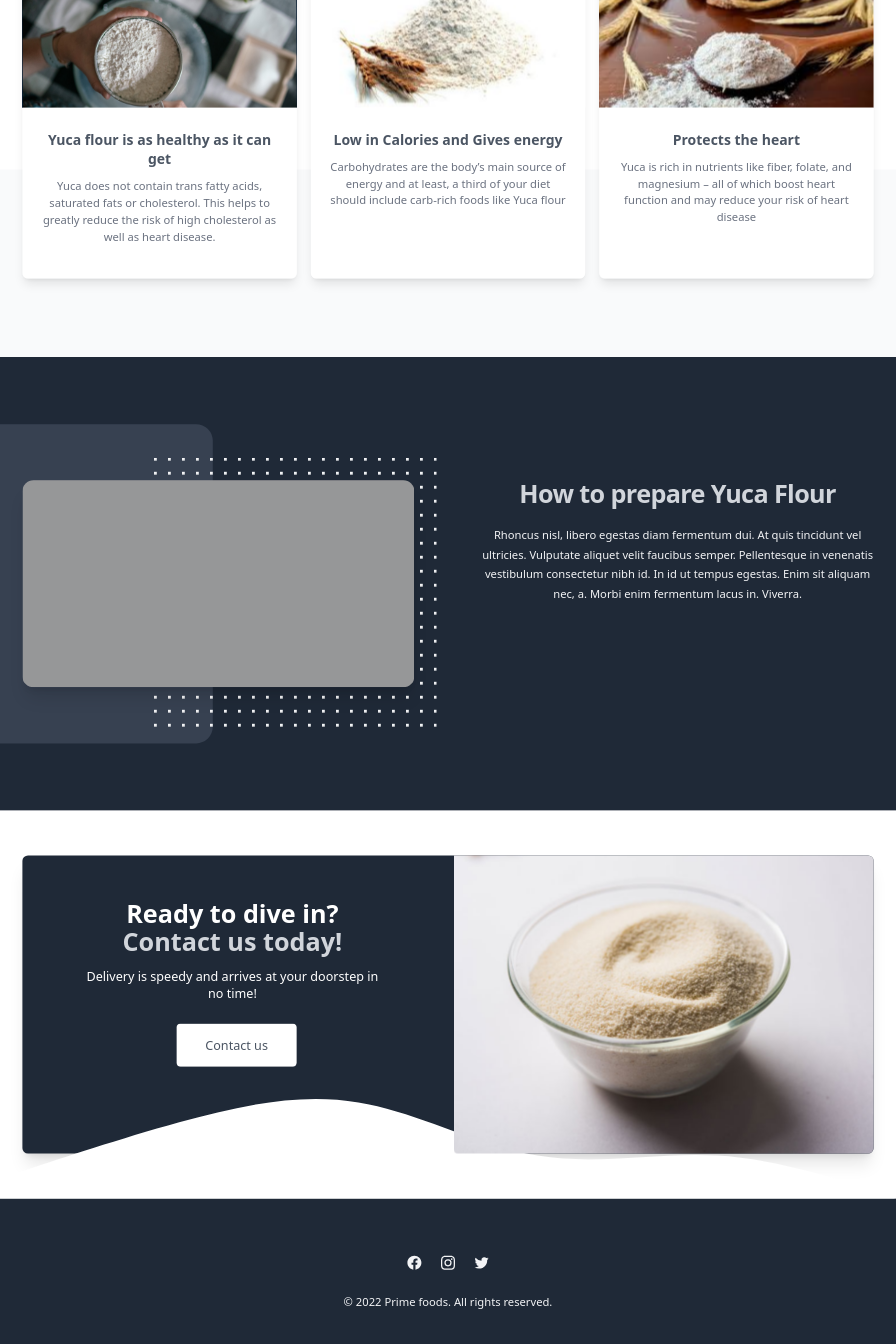
Repository: bellatrick/prime-foods
Page: /
These files come from the project's save history. The page is drawn as it stood at one moment and after the next save; the edit follows.
The browser window is 1280 px wide. The pictures show the part of the page from y = 1040 to 2960 px (the page is 2960 px tall before and 2760 px after), at 70% of full size.
Pictures or frames that could not be fetched are drawn as grey boxes. Some web fonts or font styles are not loaded; a fallback is used. The project was rebuilt for these pictures with package versions that can differ from the ones it lists, and the page was loaded fresh each time.

Above is the page before, as saved 2022-05-01 12:40:23.

### public/index.html
<!DOCTYPE html>
<html lang="en">
  <head>
    <meta charset="utf-8" />
    <link rel="icon" href="%PUBLIC_URL%/favicon.ico" />
    <meta name="viewport" content="width=device-width, initial-scale=1" />
    <meta name="theme-color" content="#000000" />
    <meta
      name="description"
      content="Web site created using create-react-app"
    />
    <link rel="apple-touch-icon" href="%PUBLIC_URL%/logo192.png" />
    <link rel="preconnect" href="https://fonts.googleapis.com" />
    <link rel="preconnect" href="https://fonts.gstatic.com" crossorigin />
    <link
      href="https://fonts.googleapis.com/css2?family=Dancing+Script:wght@400;500;600;700&family=Inter:wght@100;200;300;400;500;700;900&family=Kavoon&display=swap"
      rel="stylesheet"
    />
    <!--
      manifest.json provides metadata used when your web app is installed on a
      user's mobile device or desktop. See https://developers.google.com/web/fundamentals/web-app-manifest/
    -->
    <link rel="manifest" href="%PUBLIC_URL%/manifest.json" />
    <!--
      Notice the use of %PUBLIC_URL% in the tags above.
      It will be replaced with the URL of the `public` folder during the build.
      Only files inside the `public` folder can be referenced from the HTML.

      Unlike "/favicon.ico" or "favicon.ico", "%PUBLIC_URL%/favicon.ico" will
      work correctly both with client-side routing and a non-root public URL.
      Learn how to configure a non-root public URL by running `npm run build`.
    -->
    <title>React App</title>
  </head>
  <body>
    <noscript>You need to enable JavaScript to run this app.</noscript>
    <div id="root"></div>
    <!--
      This HTML file is a template.
      If you open it directly in the browser, you will see an empty page.

      You can add webfonts, meta tags, or analytics to this file.
      The build step will place the bundled scripts into the <body> tag.

      To begin the development, run `npm start` or `yarn start`.
      To create a production bundle, use `npm run build` or `yarn build`.
    -->
  </body>
</html>

### src/components/Hero.jsx
import { Popover } from "@headlessui/react";
import img1 from "../assets/img7.jpg";
import logo from "../assets/prime.jpg";
import Fade from "react-reveal/Fade";

export default function Example() {
  return (
    <div className="relative bg-gray-800">
      <Popover className="relative bg-white shadow">
        <div className="max-w-7xl mx-auto px-4 sm:px-6">
          <div className="flex justify-between items-center py-6  md:space-x-10">
            <div className="flex justify-start lg:w-0 lg:flex-1">
              <img
                src={logo}
                alt=""
                className="h-12 w-auto sm:h-12 object-fill"
              />
            </div>
            <div className="flex gap-8 text-white font-bold cursor-pointer  ">
              <a
                className="hover:bg-gray-400 hover:text-white w-32 py-2 text-white bg-gray-800 rounded-md"
                href="#About"
              >
                About{" "}
              </a>
              <a
                className="hover:bg-gray-400 hover:text-white w-32 py-2 text-white bg-gray-800 rounded-md"
                href="#contact-us"
              >
                Contact us
              </a>
            </div>
          </div>
        </div>
      </Popover>

      <main className="lg:relative">
        <div className="mx-auto max-w-7xl w-full pt-16 pb-20 text-center lg:py-48 lg:text-left">
          <div className="px-4 lg:w-1/2 sm:px-8 xl:pr-16">
            <Fade left opposite>
              <h1 className="text-4xl tracking-tight font-extrabold text-white sm:text-5xl md:text-6xl lg:text-5xl xl:text-6xl">
                <span className="block xl:inline">Yuca Flour</span>{" "}
              </h1>
            </Fade>
            <Fade right opposite>
              <p className="mt-3 max-w-md mx-auto text-lg text-gray-100 sm:text-xl md:mt-5 md:max-w-3xl">
                Yuca flour is a product of cassava. It is nutrient dense and
                provides all the nourishment your body needs to be fortified.
              </p>
            </Fade>

            <div className="mt-10 flex justify-center lg:justify-start">
              <div className="mt-3 sm:mt-0 sm:ml-3">
                <a
                  href="#About"
                  className="w-72 z-10 flex items-center justify-center px-8 py-2 border border-transparent text-base font-medium rounded-md hover:bg-gray-900 text-white bg-gray-400  cursor-pointer md:py-4 md:text-lg md:px-10"
                >
                  Learn more
                </a>
              </div>
            </div>
          </div>
        </div>

        <Fade bottom opposite>
          <div className="relative w-full h-64 sm:h-72 md:h-96 lg:absolute lg:inset-y-0 lg:right-0 lg:w-1/2 lg:h-full">
            <img
              className="absolute inset-0 w-full h-full object-cover"
              src={img1}
              alt=""
            />
          </div>
        </Fade>
      </main>

      <div className="absolute bottom-0 left-0 right-0 w-full">
        <svg
          xmlns="http://www.w3.org/2000/svg"
          viewBox="0 0 1440 320"
          className="h-48  z-0"
        >
          <path
            fill="#fff"
            fill-opacity="1"
            d="M0,288L48,272C96,256,192,224,288,197.3C384,171,480,149,576,165.3C672,181,768,235,864,250.7C960,267,1056,245,1152,250.7C1248,256,1344,288,1392,304L1440,320L1440,320L1392,320C1344,320,1248,320,1152,320C1056,320,960,320,864,320C768,320,672,320,576,320C480,320,384,320,288,320C192,320,96,320,48,320L0,320Z"
          ></path>
        </svg>
      </div>
    </div>
  );
}

### src/components/Features.jsx
import img1 from "../assets/img2.jpg";
import img2 from "../assets/img3.png";
import img3 from "../assets/img4.jfif";
import Fade from "react-reveal/Fade";
const posts = [
  {
    title: "Yuca flour is as healthy as it can get",
    description:
      "Yuca does not contain trans fatty acids, saturated fats or cholesterol. This helps to greatly reduce the risk of high cholesterol as well as heart disease.",
    imageUrl: img2,
  },
  {
    title: " Low in Calories and Gives energy",
    description:
      "Carbohydrates are the body’s main source of energy and at least, a third of your diet should include carb-rich foods like Yuca flour",
    imageUrl: img1,

  },
  {
    title: "Protects the heart",
    description:
      "Yuca is rich in nutrients like fiber, folate, and magnesium – all of which boost heart function and may reduce your risk of heart disease",
    imageUrl: img3,
  },
];

export default function Example() {
  return (
    <div className="relative bg-gray-50 pt-16 pb-20 px-4 sm:px-6 lg:pt-24 lg:pb-28 lg:px-8" id='About'>
      <div className="absolute inset-0">
        <div className="bg-white h-1/3 sm:h-2/3" />
      </div>
      <div className="relative max-w-7xl mx-auto">
        <div className="text-center">
          <h2 className="text-3xl tracking-tight font-extrabold text-gray-600 sm:text-4xl">
            About Yuca Flour
          </h2>
          <p className="mt-3 max-w-2xl mx-auto text-xl text-gray-500 sm:mt-4">
            Lorem ipsum dolor sit amet consectetur, adipisicing elit. Ipsa
            libero labore natus atque, ducimus sed.
          </p>
        </div>
        <>
          <div className="mt-12 max-w-lg mx-auto grid gap-5 lg:grid-cols-3 lg:max-w-none">
            {posts.map((post) => (
              <Fade cascade opposite left>
                <div
                  key={post.title}
                  className="flex flex-col rounded-lg shadow-lg overflow-hidden"
                >
                  <div className="flex-shrink-0">
                    <img
                      className="h-48 w-full object-cover"
                      src={post.imageUrl}
                      alt="feature img"
                    />
                  </div>
                  <div className="flex-1 bg-white p-6 flex flex-col justify-between">
                    <div className="flex-1">
                      <a href={post.href} className="block mt-2">
                        <p className="text-xl font-semibold text-gray-600">
                          {post.title}
                        </p>
                        <p className="mt-3 text-base text-gray-500">
                          {post.description}
                        </p>
                      </a>
                    </div>
                    <div className="mt-6 flex items-center"></div>
                  </div>
                </div>
              </Fade>
            ))}
          </div>
        </>
      </div>
    </div>
  );
}

### src/components/Cta.jsx
import img1 from "../assets/img9.jpg";
import Slide from "react-reveal/Slide";
import Fade from "react-reveal/Fade";
export default function Example() {
  return (
    <div className="bg-white relative" id="contact-us">
         <div className="absolute bottom-0 left-0 right-0">
        <svg xmlns="http://www.w3.org/2000/svg" viewBox="0 0 1440 320">
          <path
            fill="#fff"
            fill-opacity="1"
            d="M0,288L48,272C96,256,192,224,288,197.3C384,171,480,149,576,165.3C672,181,768,235,864,250.7C960,267,1056,245,1152,250.7C1248,256,1344,288,1392,304L1440,320L1440,320L1392,320C1344,320,1248,320,1152,320C1056,320,960,320,864,320C768,320,672,320,576,320C480,320,384,320,288,320C192,320,96,320,48,320L0,320Z"
          ></path>
        </svg>
      </div>
      <div className="max-w-7xl mx-auto py-16 px-4 sm:px-6 lg:px-8">
        <div className="bg-gray-800 rounded-lg shadow-xl overflow-hidden lg:grid lg:grid-cols-2 lg:gap-4">
          <div className="pt-6 pb-12 px-6 sm:pt-10 sm:px-16 lg:py-16 lg:pr-0 xl:py-16 xl:px-20">
            <div className="lg:self-center">
              <h2 className="text-2xl font-extrabold text-white sm:text-4xl">
                <Fade left>
                  <span className="block">Ready to dive in?</span>
                </Fade>
                <Fade right>
                  {" "}
                  <span className="block text-gray-300">Contact us today!</span>
                </Fade>
              </h2>
              <Slide left>
                {" "}
                <p className="mt-4 text-lg leading-6 text-white">
                  Delivery is speedy and arrives at your doorstep in no time!
                </p>
              </Slide>
              <Slide left>
                <div className="mt-4 flex justify-center sm:mt-8 sm:ml-3 cursor-pointer">
                  <a
                    href={`https://wa.me/${'+2348108932677'}/?text=${'Hello, i just got off your website and i would like to...'}`}
                    rel="noreferrer"
                    className=" flex items-center justify-center px-8 py-3 border border-transparent text-base font-medium rounded-md bg-white text-gray-600 hover:bg-gray-400 hover:text-white cursor-pointer md:py-4 md:text-lg md:px-10"
                  >
                    Contact us
                  </a>
                </div>
              </Slide>
            </div>
          </div>{" "}
          <div className="-mt-6 aspect-w-5 aspect-h-3 md:aspect-w-2 md:aspect-h-1">
            <Slide right>
              <img
                className="transform translate-x-6 translate-y-6 rounded-md object-cover object-left-top sm:translate-x-16 lg:translate-y-20"
                src={img1}
                alt="App screenshot"
              />
            </Slide>
          </div>
        </div>
      </div>

    </div>
  );
}

### src/components/Content.jsx
import img1 from "../assets/img1.jpg";
import Fade from "react-reveal/Fade";
export default function Example() {
  return (
    <div className="relative bg-gray-800 py-16 sm:py-24">
      <div className="lg:mx-auto lg:max-w-7xl lg:px-8 lg:grid lg:grid-cols-2 lg:gap-24 lg:items-start">
        <div className="relative sm:py-16 lg:py-0">
          <div
            aria-hidden="true"
            className="hidden sm:block lg:absolute lg:inset-y-0 lg:right-0 lg:w-screen"
          >
            <div className="absolute inset-y-0 right-1/2 w-full bg-gray-700 rounded-r-3xl lg:right-72" />
            <svg
              className="absolute top-8 left-1/2 -ml-3 lg:-right-8 lg:left-auto lg:top-12"
              width={404}
              height={392}
              fill="none"
              viewBox="0 0 404 392"
            >
              <Fade left>
                <defs>
                  <pattern
                    id="02f20b47-fd69-4224-a62a-4c9de5c763f7"
                    x={0}
                    y={0}
                    width={20}
                    height={20}
                    patternUnits="userSpaceOnUse"
                  >
                    <rect
                      x={0}
                      y={0}
                      width={4}
                      height={4}
                      className="text-gray-100"
                      fill="currentColor"
                    />
                  </pattern>
                </defs>
              </Fade>
              <rect
                width={404}
                height={392}
                fill="url(#02f20b47-fd69-4224-a62a-4c9de5c763f7)"
              />
            </svg>
          </div>
          <div className="relative mx-auto max-w-md px-4 sm:max-w-3xl sm:px-6 lg:px-0 lg:max-w-none lg:py-20">
            {/* Testimonial card*/}
            <div className="relative pt-64 pb-10 rounded-2xl shadow-xl overflow-hidden">
              <img
                className="absolute inset-0 h-full w-full object-cover"
                src={img1}
                alt=""
              />
              <div className="absolute inset-0 bg-gray-100 mix-blend-multiply" />
            </div>
          </div>
        </div>
        <div className="relative mx-auto max-w-md px-4 sm:max-w-3xl sm:px-6 lg:px-0">
          {/* Content area */}
          <div className="pt-12 sm:pt-16 lg:pt-20">
            <h2 className="text-3xl text-gray-300 font-extrabold tracking-tight sm:text-4xl">
              How to prepare Yuca Flour
            </h2>
            <div className="mt-6 text-gray-100 space-y-6">
              <p className="text-base leading-7">
                Rhoncus nisl, libero egestas diam fermentum dui. At quis
                tincidunt vel ultricies. Vulputate aliquet velit faucibus
                semper. Pellentesque in venenatis vestibulum consectetur nibh
                id. In id ut tempus egestas. Enim sit aliquam nec, a. Morbi enim
                fermentum lacus in. Viverra.
              </p>
            </div>
          </div>
        </div>
      </div>
    </div>
  );
}

Loaded but not shown: src/index.js (common file); src/index.css (common file); src/reportWebVitals.js (common file); src/App.css (common file); src/App.js (21 lines, source omitted); tailwind.config.js (15 lines, source omitted); src/components/Footer.jsx (58 lines, source omitted)

After the next save:
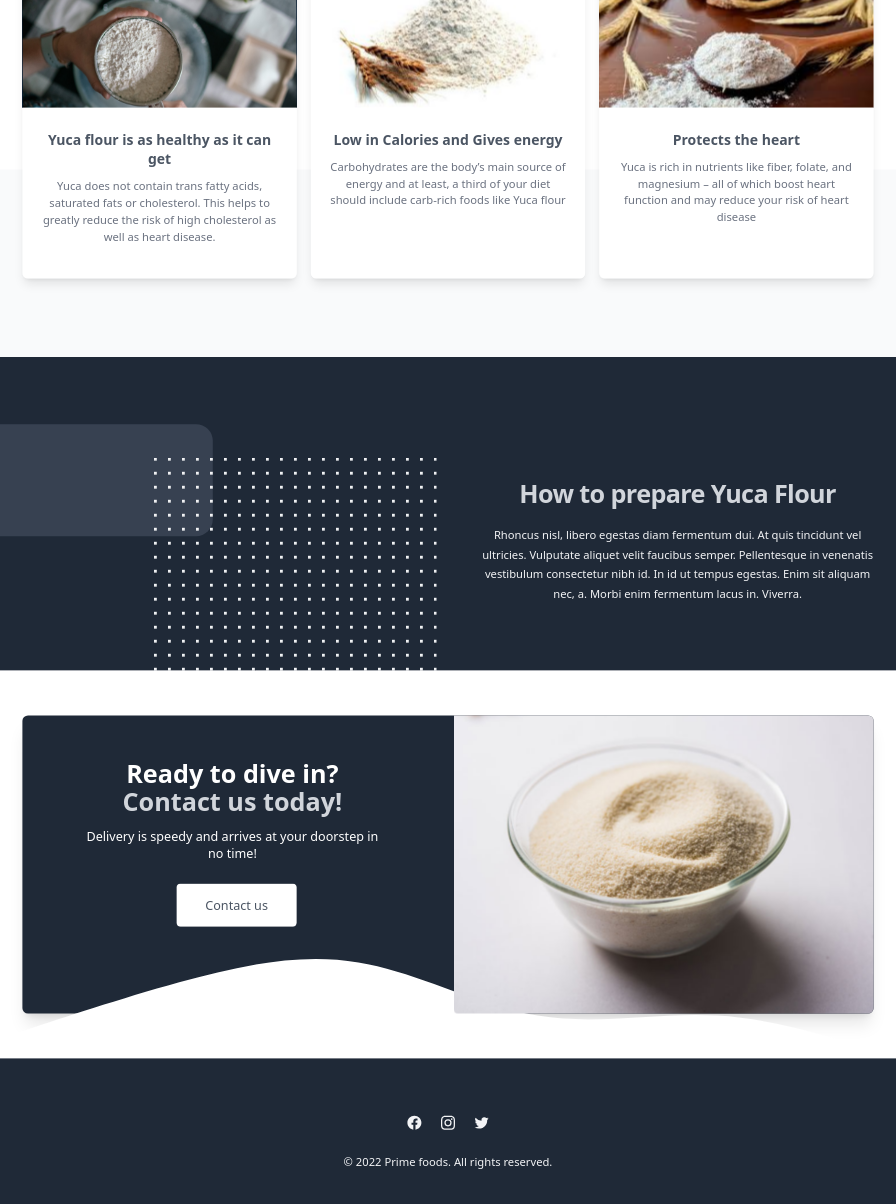
Saved 16 s later.
--- a/src/components/Content.jsx
+++ b/src/components/Content.jsx
@@ -47,14 +47,7 @@
           </div>
           <div className="relative mx-auto max-w-md px-4 sm:max-w-3xl sm:px-6 lg:px-0 lg:max-w-none lg:py-20">
             {/* Testimonial card*/}
-            <div className="relative pt-64 pb-10 rounded-2xl shadow-xl overflow-hidden">
-              <img
-                className="absolute inset-0 h-full w-full object-cover"
-                src={img1}
-                alt=""
-              />
-              <div className="absolute inset-0 bg-gray-100 mix-blend-multiply" />
-            </div>
+
           </div>
         </div>
         <div className="relative mx-auto max-w-md px-4 sm:max-w-3xl sm:px-6 lg:px-0">

After the 2 saves that followed:
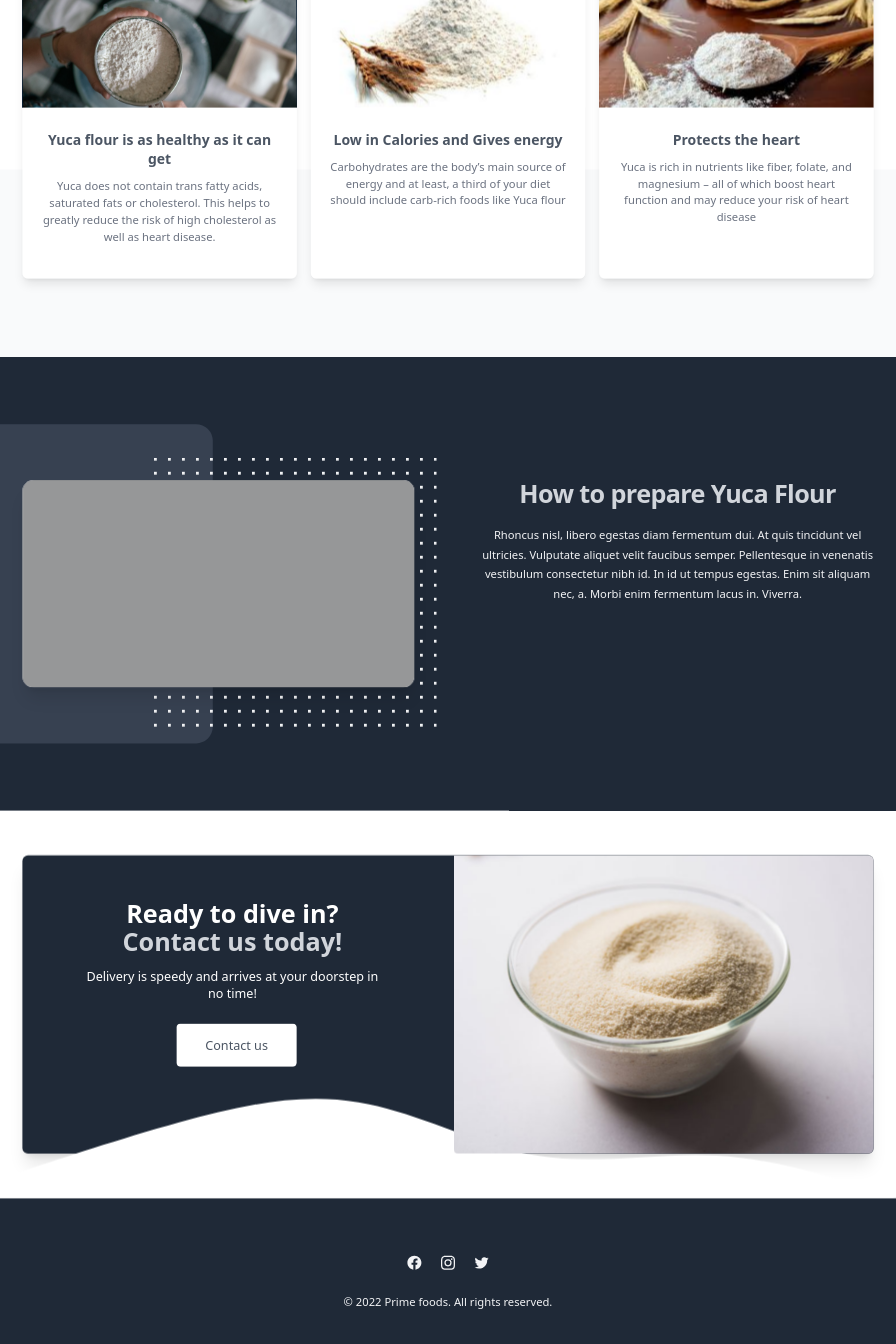
The 2 saves are shown as one change because they came seconds apart.
The last was saved 7 s later.
--- a/src/components/Content.jsx
+++ b/src/components/Content.jsx
@@ -47,7 +47,16 @@
           </div>
           <div className="relative mx-auto max-w-md px-4 sm:max-w-3xl sm:px-6 lg:px-0 lg:max-w-none lg:py-20">
             {/* Testimonial card*/}
-
+          <Fade right>
+          <div className="relative pt-64 pb-10 rounded-2xl shadow-xl overflow-hidden">
+              <img
+                className="absolute inset-0 h-full w-full object-cover"
+                src={img1}
+                alt=""
+              />
+              <div className="absolute inset-0 bg-gray-100 mix-blend-multiply" />
+            </div>
+          </Fade>
           </div>
         </div>
         <div className="relative mx-auto max-w-md px-4 sm:max-w-3xl sm:px-6 lg:px-0">
